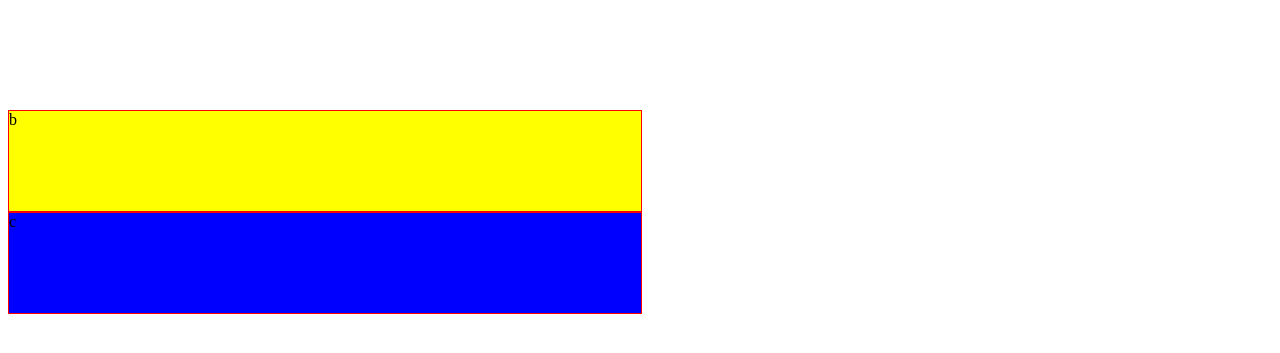
Repository: Nzhe/hehe
Page: real/colorbox/src/main/webapp/NewFile.html
These files come from the project's save history. The page is drawn as it stood at one moment and after the next save; the edit follows.
The browser window is 1280 px wide. The pictures show the whole page.

Above is the page before, as saved 2021-09-09 03:01:58.

After the next save:
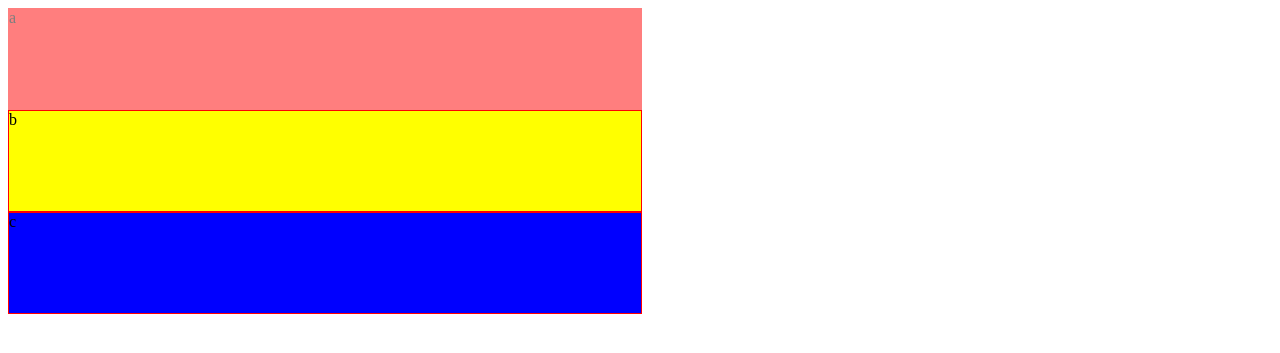
Saved 18 s later.
--- a/real/colorbox/src/main/webapp/NewFile.html
+++ b/real/colorbox/src/main/webapp/NewFile.html
@@ -18,7 +18,7 @@
 					}
 					#one{
 					background : red;
-					opacity : 0;
+					opacity : 0.5;
 					}
 					#two{
 					background : yellow;
